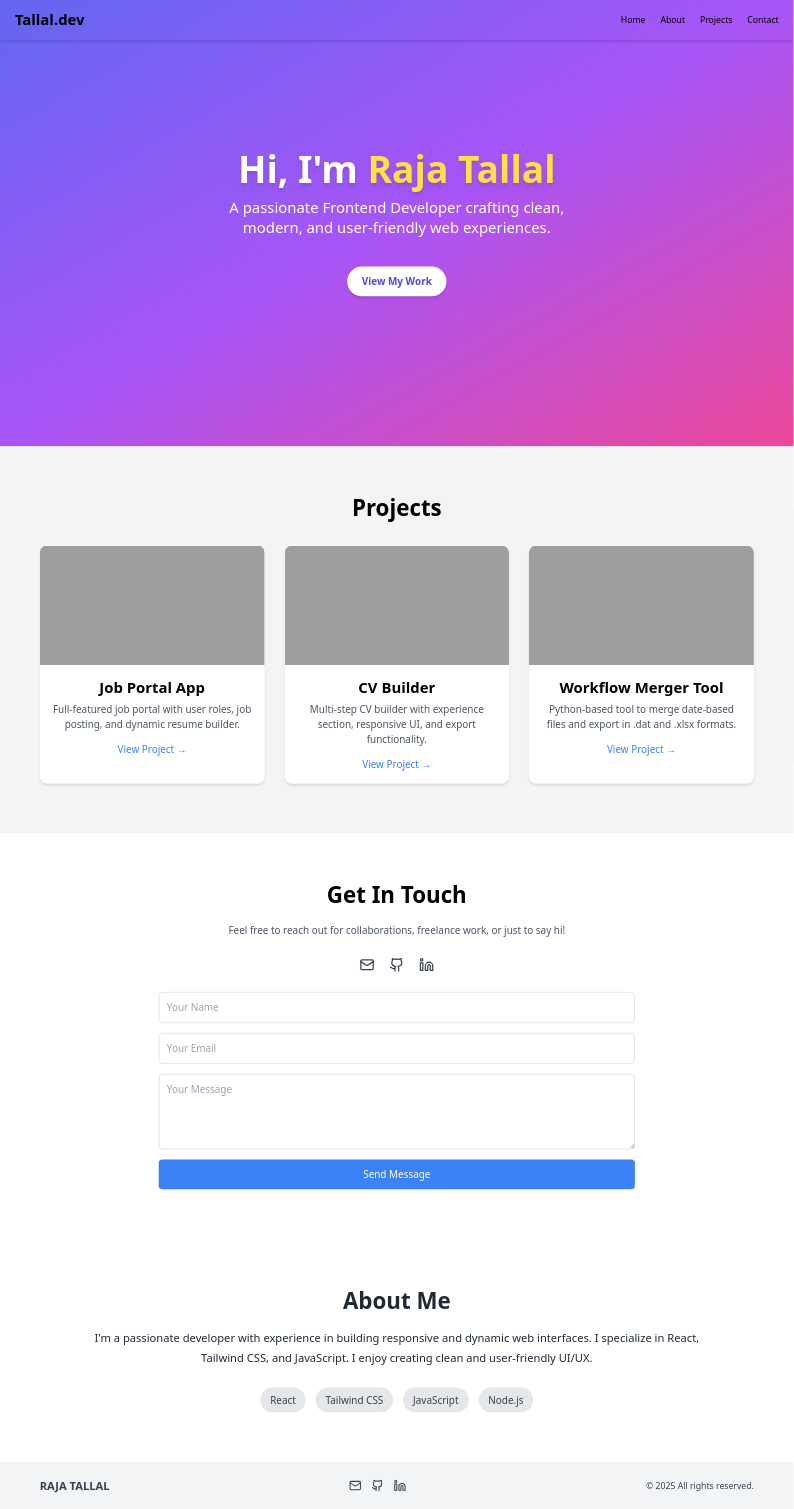
Repository: TalalAhmed011/My-portfolio
Page: /
An editor plug-in stored every save of this project. The page is shown before and after the next save, followed by the edit.
The browser window is 1280 px wide. The pictures show the whole page, at 62% of full size.
Pictures or frames that could not be fetched are drawn as grey boxes. The project was rebuilt for these pictures with package versions that can differ from the ones it lists, and the page was loaded fresh each time. Also part of the build but not shown: vite.config.js.

Above is the page before, as saved 2025-08-02 06:44:14.

After the next save:
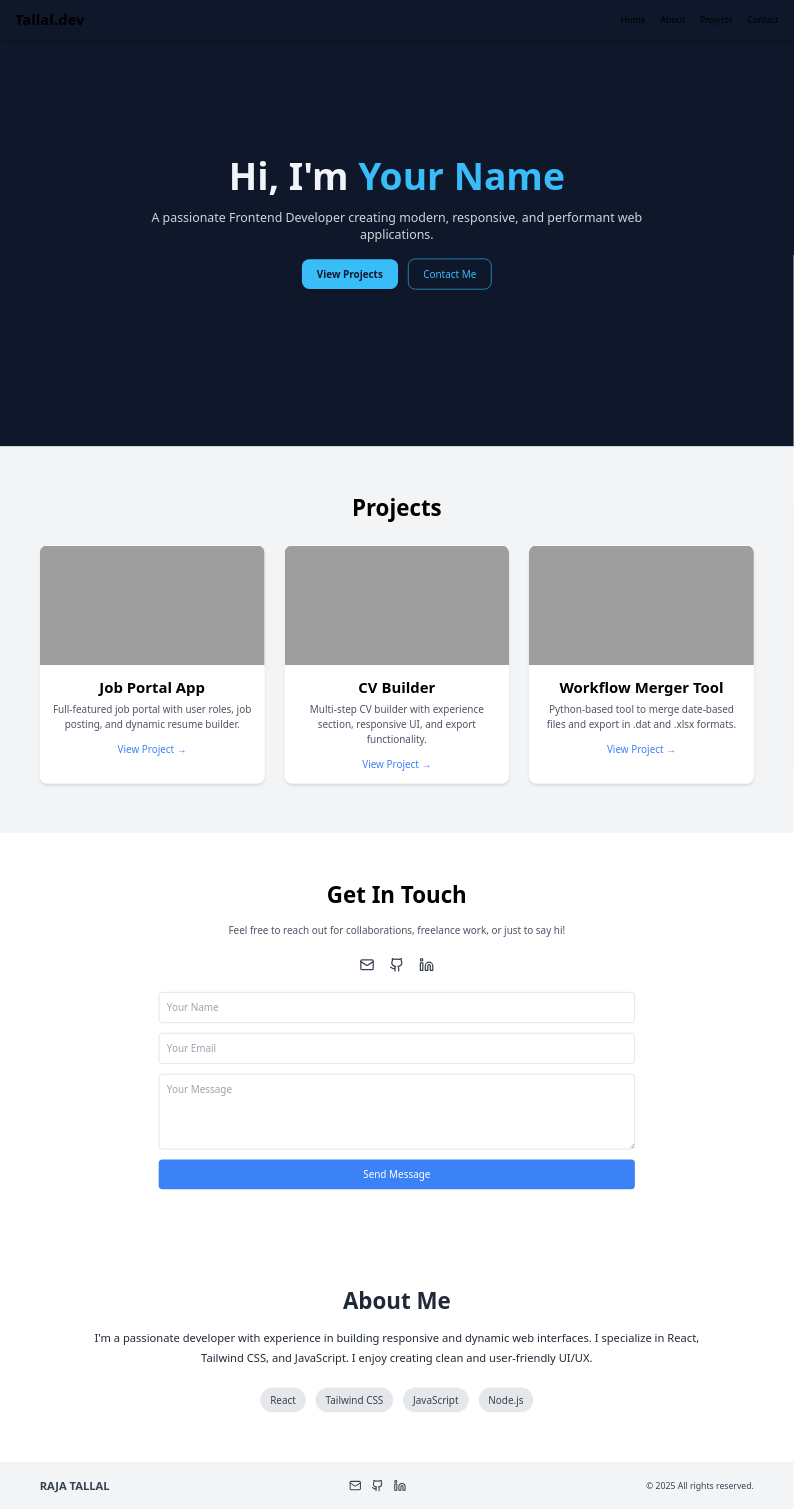
Saved 12 s later.
--- a/src/assets/components/hero.jsx
+++ b/src/assets/components/hero.jsx
@@ -4,20 +4,31 @@ const Hero = () => {
   return (
     <section
       id="hero"
-      className="min-h-screen flex flex-col justify-center items-center text-center px-6 bg-gradient-to-br from-indigo-500 via-purple-500 to-pink-500 text-white transition-all duration-500"
+      className="min-h-screen bg-[#0F172A] text-[#F1F5F9] flex items-center justify-center px-6"
     >
-      <h1 className="text-5xl md:text-6xl font-heading font-bold mb-4 drop-shadow-lg">
-        Hi, I'm <span className="text-yellow-300">Raja Tallal</span>
-      </h1>
-      <p className="text-xl md:text-2xl font-sans mb-8 max-w-xl">
-        A passionate Frontend Developer crafting clean, modern, and user-friendly web experiences.
-      </p>
-      <a
-        href="#projects"
-        className="mt-4 inline-block bg-white text-indigo-600 hover:bg-yellow-300 hover:text-black font-semibold py-3 px-6 rounded-full transition duration-300 shadow-md hover:scale-105"
-      >
-        View My Work
-      </a>
+      <div className="max-w-4xl text-center space-y-6">
+        <h1 className="text-4xl md:text-6xl font-bold font-poppins leading-tight">
+          Hi, I'm <span className="text-[#38BDF8]">Your Name</span>
+        </h1>
+        <p className="text-lg md:text-xl font-light text-gray-300">
+          A passionate Frontend Developer creating modern, responsive, and performant web applications.
+        </p>
+
+        <div className="mt-8 flex flex-col sm:flex-row gap-4 justify-center items-center">
+          <a
+            href="#projects"
+            className="bg-[#38BDF8] text-[#0F172A] font-semibold py-3 px-6 rounded-xl hover:bg-[#0284C7] transition-all duration-300 shadow-lg"
+          >
+            View Projects
+          </a>
+          <a
+            href="#contact"
+            className="border border-[#38BDF8] text-[#38BDF8] py-3 px-6 rounded-xl hover:bg-[#1E293B] hover:text-white transition-all duration-300"
+          >
+            Contact Me
+          </a>
+        </div>
+      </div>
     </section>
   );
 };
